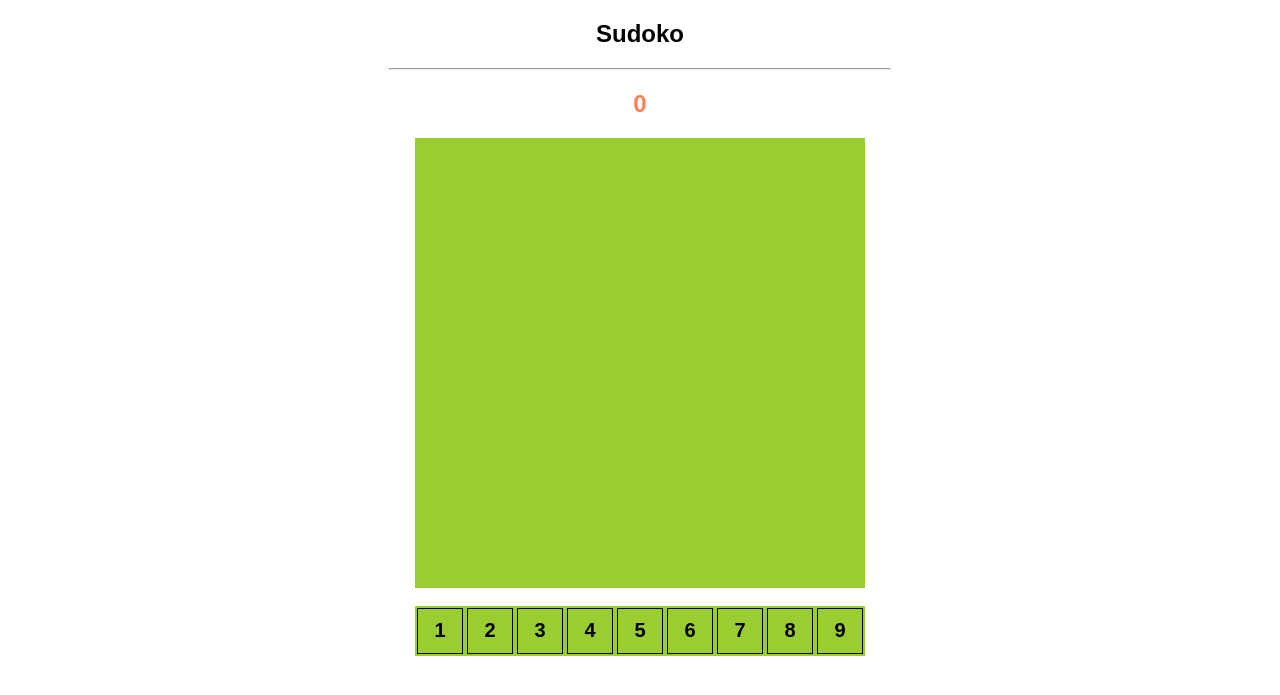
Repository: divyaravada/javascript-games
Page: sudoko/sudoko.html
These files come from the project's save history. The page is drawn as it stood at one moment and after the next save; the edit follows.
The browser window is 1280 px wide. The pictures show the whole page.

Above is the page before, as saved 2022-03-15 18:02:51.

### sudoko/sudoko.html
<!DOCTYPE html>
<html>
  <head>
    <meta charset="UTF-8" />
    <meta
      name="viewport"
      content="width=device-width"
      initial-scale="1.0"
      user-scalable="no"
    />
    <title>Sudoko Game</title>
    <link rel="stylesheet" href="./sudoko.css" />
  </head>
  <body>
    <h2>Sudoko</h2>
    <hr />
    <h2 id="errors">0</h2>

    <!-- 9x9 board-->
    <div id="board"></div>
    <br />
    <div id="digits"></div>

    <script src="./sudoko.js"></script>
  </body>
</html>

### sudoko/sudoko.css
body {
  font-family: Arial, Helvetica, sans-serif;
  text-align: center;
}
hr {
  width: 500px;
}
#errors {
  color: coral;
}
#board {
  width: 450px;
  height: 450px;

  background-color: yellowgreen;
  margin: 0 auto;
  display: flex;
  flex-wrap: wrap;
}
#digits {
  width: 450px;
  height: 50px;

  background-color: yellowgreen;
  margin: 0 auto;
  display: flex;
  flex-wrap: wrap;
}
.tile {
  width: 48px;
  height: 48px;
  border: 1px solid lightgray;

  font-size: 20px;
  font-weight: bold;
  display: flex;
  justify-content: center;
  align-items: center;
}
.number {
  width: 44px;
  height: 44px;
  border: 1px solid black;
  margin: 2px;

  font-size: 20px;
  font-weight: bold;
  display: flex;
  justify-content: center;
  align-items: center;
}

### sudoko/sudoko.js
var numSelected = null;
var titleSelected = null;
var errors = 0;

var board = [
  "--74916-5",
  "2---6-3-9",
  "-----7-1-",
  "-586----4",
  "--3----9-",
  "--62--187",
  "9-4-7---2",
  "67-83----",
  "81--45---",
];
var solutions = [
  "387491625",
  "241568379",
  "569327418",
  "758619234",
  "123784596",
  "496253187",
  "934176852",
  "675832941",
  "812945763",
];

window.onload = function () {
  setGame();
};

function setGame() {
  //digits 1-9
  for (let i = 1; i <= 9; i++) {
    let number = document.createElement("div");
    number.id = i;
    number.innerText = i;
    number.classList.add("number");
    document.getElementById("digits").appendChild(number);
  }
  //Board
  for (let r = 0; r < 9; r++) {
    for (let c = 0; c < 9; c++) {
      let tile = document.createElement("div");
      tile.id = r.toString() + "-" + c.toString;
    }
  }
}

After the next save:
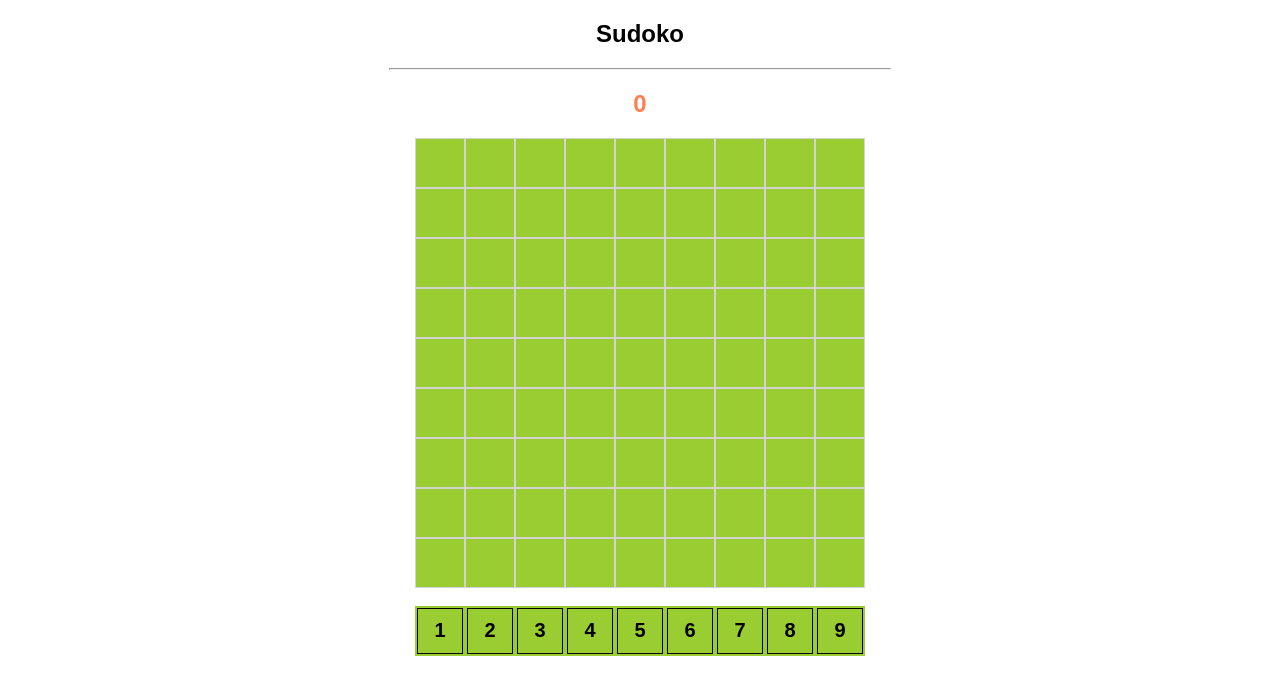
Saved 79 s later.
--- a/sudoko/sudoko.js
+++ b/sudoko/sudoko.js
@@ -42,7 +42,9 @@ function setGame() {
   for (let r = 0; r < 9; r++) {
     for (let c = 0; c < 9; c++) {
       let tile = document.createElement("div");
-      tile.id = r.toString() + "-" + c.toString;
+      tile.id = r.toString() + "-" + c.toString();
+      tile.classList.add("tile");
+      document.getElementById("board").append(tile);
     }
   }
 }
